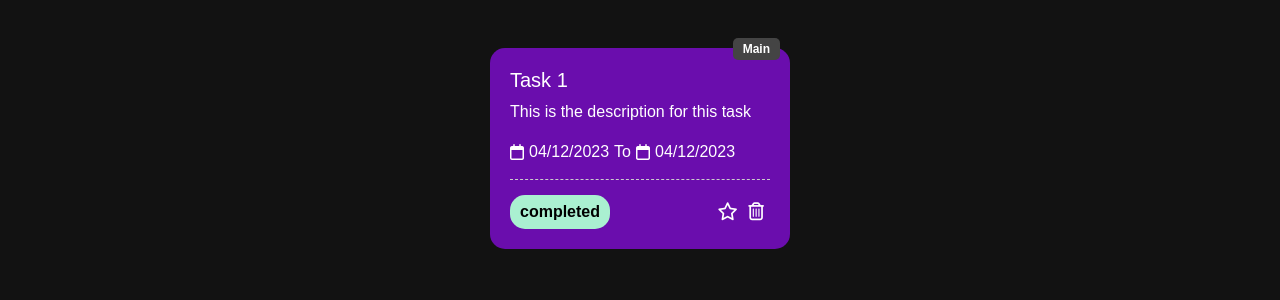
Repository: Surahailat/TypeScript
Page: Mini project 10-3/test.html
An editor plug-in stored every save of this project. The page is shown before and after a run of saves, followed by the edit.
The browser window is 1280 px wide. The pictures show the whole page.

Above is the page before, as saved 2025-03-10 21:55:32.

### Mini project 10-3/test.html
<!DOCTYPE html>
<html lang="ar">
<head>
    <meta charset="UTF-8">
    <meta name="viewport" content="width=device-width, initial-scale=1.0">
    <title>Task Card</title>
    <link href="https://cdn.jsdelivr.net/npm/bootstrap@5.3.0/dist/css/bootstrap.min.css" rel="stylesheet">
    <link rel="stylesheet" href="https://cdnjs.cloudflare.com/ajax/libs/font-awesome/6.4.2/css/all.min.css">
    <style>
        body {
            background-color: #121212;
            color: white;
            font-family: Arial, sans-serif;
        }
        .task-card {
            background-color: #6a0dad;
            color: white;
            border-radius: 15px;
            padding: 20px;
            position: relative;
            width: 300px;
        }
        .task-card .badge {
            position: absolute;
            top: -10px;
            right: 10px;
            background-color: #444;
            padding: 5px 10px;
            border-radius: 5px;
        }
        .task-card .date {
            display: flex;
            align-items: center;
            gap: 5px;
            margin-top: 10px;
        }
        .task-card .completed-btn {
            background-color: #aaf0d1;
            color: black;
            border-radius: 15px;
            padding: 5px 10px;
            border: none;
            font-weight: bold;
        }
        .task-card .actions {
            display: flex;
            align-items: center;
            justify-content: space-between;
            margin-top: 15px;
        }
        .task-card .icon {
            cursor: pointer;
            font-size: 18px;
            color: white;
        }
        .task-card .divider {
            border-top: 1px dashed #ccc;
            margin: 15px 0;
        }
        .task-card .delete-btn {
            background: none;
            border: none;
            color: white;
            font-size: 18px;
            cursor: pointer;
        }
    </style>
</head>
<body>

<div class="container d-flex justify-content-center mt-5">
    <div class="task-card">
        <span class="badge">Main</span>
        <h5>Task 1</h5>
        <p>This is the description for this task</p>
        <div class="date">
            <i class="fa-regular fa-calendar"></i>
            <span>04/12/2023</span>
            <span>To</span>
            <i class="fa-regular fa-calendar"></i>
            <span>04/12/2023</span>
        </div>

        <div class="divider"></div>
        <div class="actions">
            <button class="completed-btn">completed</button>
            <div>
                <i class="fa-regular fa-star icon"></i>
                <button class="delete-btn"><i class="fa-regular fa-trash-can"></i></button>
            </div>
        </div>
    </div>
</div>

</body>
</html>

After the next 2 saves:
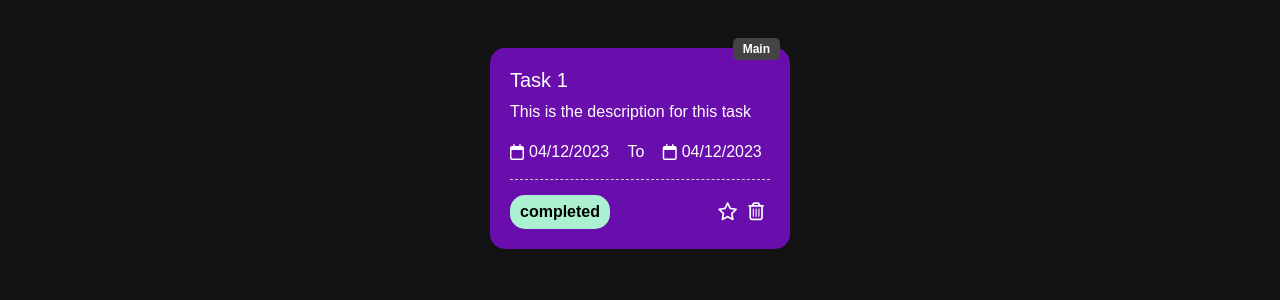
The 2 saves are shown as one change because they came seconds apart.
The last was saved 23 s later.
--- a/Mini project 10-3/test.html
+++ b/Mini project 10-3/test.html
@@ -76,7 +76,7 @@
         <div class="date">
             <i class="fa-regular fa-calendar"></i>
             <span>04/12/2023</span>
-            <span>To</span>
+            <span>&nbsp;&nbsp;&nbsp;To&nbsp;&nbsp;&nbsp;</span>
             <i class="fa-regular fa-calendar"></i>
             <span>04/12/2023</span>
         </div>
